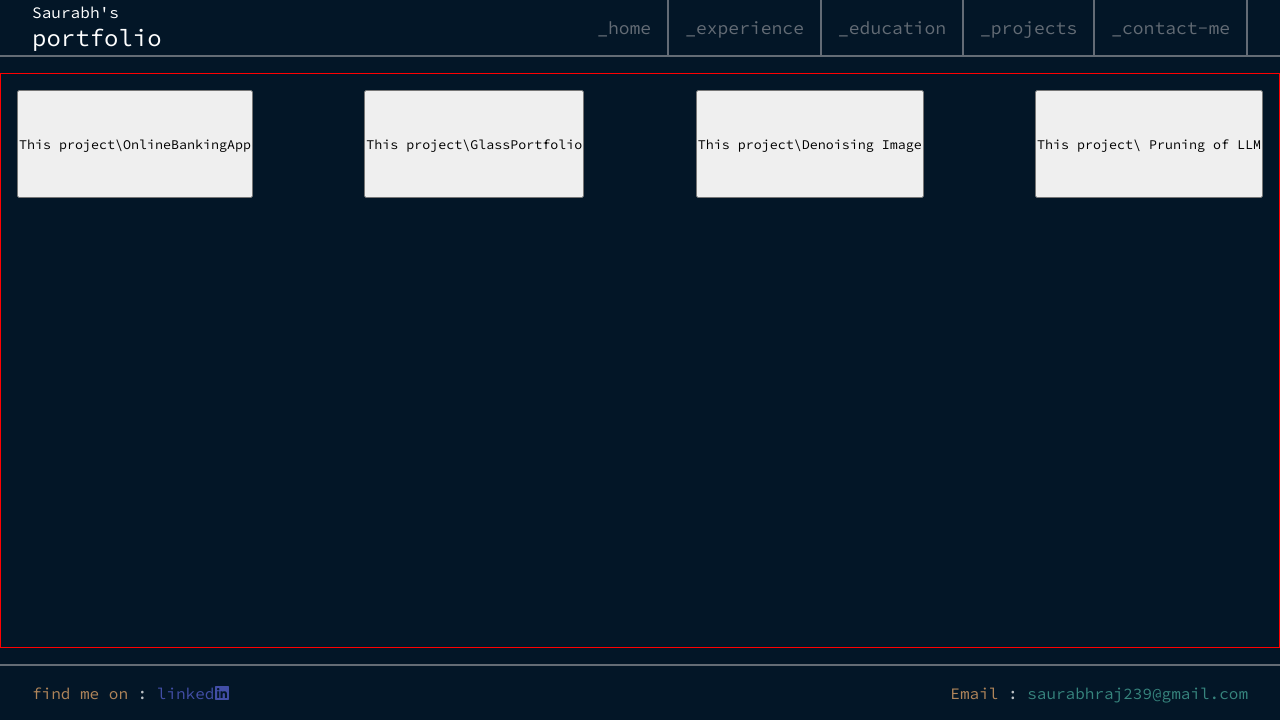
Repository: saurabhraj23/FrontendReactPortfolio
Page: /projects
An editor plug-in stored every save of this project. The page is shown before and after the next save, followed by the edit.
The browser window is 1280 px wide. The pictures show the whole page.
The project was rebuilt for these pictures with package versions that can differ from the ones it lists, and the page was loaded fresh each time. Also part of the build but not shown: vite.config.js, src/components/Education.jsx, src/components/Experience.jsx, src/components/Contacts.jsx, src/styles/default-page.css, src/components/DefaultPage.jsx.

Above is the page before, as saved 2024-07-23 01:05:45.

### src/App.jsx
import React from "react";
import { BrowserRouter as Router, Route, Routes } from "react-router-dom";
import "./styles/App.css";
import Home from "./components/Home";
import Education from "./components/Education";
import Experience from "./components/Experience";
import Contacts from "./components/Contacts";
import Projects from "./components/Projects";
import Heading from "./components/Heading";
import Footer from "./components/Footer";
import DefaultPage from "./components/DefaultPage";

function App() {
  return (
    <div className="main">
      <Router>
        <Heading />
        <Routes>
          <Route path="/" element={<Home />}>
            <Route path="/" element={<DefaultPage />} />
            <Route path="/education" element={<Education />} />
            <Route path="/experience" element={<Experience />} />
            <Route path="/contacts" element={<Contacts />} />
            <Route path="/projects" element={<Projects />} />
          </Route>
        </Routes>
        <Footer />
      </Router>
    </div>
  );
}

export default App;

### src/styles/App.css
@import "./color.css";
@import "./experience.css";
@import "./education.css";
@import "./project.css";
@import "./header.css";
@import "./contact-me.css";
@import "./footer.css";
@import "./default-page.css";


*{
  margin:0;
  padding: 0;
  box-sizing: border-box;
  font-family: "Source Code Pro";
  font-weight: 400;
}

.main{
  background-color: var(--bg-color);
  color: var(--primary-white);
  height: 100vh;
  width: 100%;
  display: grid;
  grid-template-rows: 1fr 8fr 1fr;
  grid-template-columns: 4fr 3fr;
padding: 0;
}

### src/components/Home.jsx
import React from "react";
import { Outlet } from "react-router-dom";

function Home() {
  return (
    <>
      <Outlet />
    </>
  );
}

export default Home;

### src/components/Projects.jsx
import React from "react";
import "../styles/App.css";
import { Link } from "react-router-dom";

function Projects() {
  return (
    <>
      <div className="projects-left-side"></div>
      <div className="projects-right-side">
        <Link to={"https://github.com/saurabhraj23/OnlineBankingAppKPMG"}>
          <button className="project-item">
            <span> This project\</span>
            <span>OnlineBankingApp</span>
          </button>
        </Link>
        <Link to={"https://github.com/saurabhraj23/Glass-Portfolio"}>
          <button className="project-item">
            <span> This project\</span>
            <span>GlassPortfolio</span>
          </button>
        </Link>
        <Link to={"https://github.com/saurabhraj23/Denoising-Image"}>
          <button className="project-item">
            <span> This project\</span>
            <span>Denoising Image</span>
          </button>
        </Link>
        <Link to={"https://github.com/saurabhraj23/Pruning"}>
          <button className="project-item">
            <span> This project\</span>
            <span> Pruning of LLM</span>
          </button>
        </Link>
      </div>
    </>
  );
}

export default Projects;

### src/components/Heading.jsx
import React from "react";
import Navbar from "./Navbar";
function Heading() {
  return (
    <header className={"heading"}>
      <h2>
        <h6>Saurabh's</h6>
        portfolio
      </h2>
      <Navbar />
    </header>
  );
}

export default Heading;

### src/components/Footer.jsx
import React from "react";
import { Link } from "react-router-dom";
import { FaLinkedin } from "react-icons/fa";

function Footer() {
  return (
    <footer className="footer">
      <div>
        <span>find me on</span> <span>&nbsp;:</span>
        <Link to={"https://www.linkedin.com/in/saurabhraj239/"}>
          <span>
            &nbsp;linked
            <FaLinkedin />
          </span>
        </Link>
      </div>
      <div>
        <span>Email</span> <span> :</span>
        <span> saurabhraj239@gmail.com</span>
      </div>
    </footer>
  );
}

export default Footer;

### src/styles/color.css
@import url('https://fonts.googleapis.com/css2?family=Source+Code+Pro:ital,wght@0,200..900;1,200..900&display=swap');

:root {
--bg-color:#031627;
--primary-white:#fff;
--primary-dark:#d3d0d076;
--secondary-blue:#424ea6;
--tertiary-green:#37857e;
--tertiary-green-dark:#77E4C8;
--tertiary-brown-light:#D4BDAC;
--tertiary-orange:#b0855a;

}

### src/styles/experience.css
@import "./color.css";

.experience-left-side{
  display: none;
}
.experience-right-side{
  margin: 2rem;
  grid-column: 1/3;

}
.experience-right-side > div:first-child{
  display: flex;
  justify-content: space-between;
}
.experience-right-side>div:first-child>span:nth-child(2) span{
display: inline-block;
}
.experience-right-side>div:first-child>span:nth-child(2)>span:nth-child(2){
  animation: present 2s infinite alternate ease-in-out;

}

@keyframes present {
  from{

    opacity: 0;
  }
  to{

    opacity: 1;
  }
}

.experience-right-side>div:first-child>span:first-child{
  font-size: 1.4rem;
  color: var(--secondary-blue);
  font-weight: 600;
  margin-bottom: 3rem;
  text-decoration: underline;
}

.experience-right-side span{
  display: block;
}

.internship-details{
  display: flex;
  flex-direction: column;
}
.internship-details>span:first-child{
  font-size: 1.2rem;
  color: var(--tertiary-green);
  font-weight: 600;
  letter-spacing: 0.2rem;
  margin-bottom:1rem ;


}
.internship-details>span:nth-child(2){
  /* letter-spacing: 0.1rem; */
  color: var(--tertiary-brown-light);

}

.internship-details>span:nth-child(2)>span:first-child{
  font-size: 1.1rem;
  font-weight: 500;
  color: var(--tertiary-orange);

}


.internship-details>span:first-child span{
  display: inline-block;

}

.internship-details>span:nth-child(2)>span:first-child{
  letter-spacing: 0.2rem;
}

.internship-details>span:first-child>span:first-child{
  animation: arrowMove 1.6s infinite alternate ease-in-out;
  }

.fte-details{
  display: flex;
  flex-direction: column;
  margin-top: 2rem;

}
.fte-details>span:first-child{
  font-size: 1.2rem;
  color: var(--tertiary-green);
  font-weight: 600;
  letter-spacing: 0.2rem;
  margin-bottom: 1rem;

}

.fte-details>span:nth-child(2){
  color: var(--tertiary-brown-light);
}

.fte-details>span:nth-child(2)>span:nth-child(1)>span:first-child{
  color: var(--tertiary-orange);
  font-size: 1.1rem;
  font-weight: 500;
  }

.fte-details>span:nth-child(2)>span:nth-child(2)>span:first-child{
  letter-spacing: 0.2rem;
}
.fte-details>span:nth-child(2)>span:nth-child(1)>span:first-child{
  letter-spacing: 0.2rem;
}

.fte-details>span:nth-child(2)>span:nth-child(2){
  margin-top: 1rem;
}
.fte-details>span:nth-child(2)>span:nth-child(2)>span:first-child{
font-size: 1.1rem;
font-weight: 500;
color: var(--tertiary-orange);
}

.fte-details>span:first-child span{
  display: inline-block;
}

.fte-details>span:first-child>span:first-child{
animation: arrowMove 1.6s infinite alternate ease-in-out;
}

@keyframes arrowMove {
  from{
    transform: translateX(-0.6rem);
  }
  to{
    transform: translateX(0);
  }
}

.current-working  span{
  display: inline-block;
  animation: colorChange 2s infinite alternate ease-in-out ;

}

@keyframes colorChange {
  from{
color: var(--tertiary-brown-light);
  }

  to{
    color: var(--primary-white);

  }
}
.current-working{
  display: flex;
  flex-direction: row;
}

### src/styles/education.css
 @import "./color.css";

.education-left-side{
  display: none;
}
.education-right-side{
  margin: 2rem ;
  grid-column: 1/3;

}

.education-right-side{
  display: flex;
  flex-direction: column;
}

.degrees{
  display: flex;
  justify-content: space-between;
  margin-bottom: 2rem;
}

.degrees>span:first-child>h2{
  color: var(--tertiary-orange);
}
.degrees>span:first-child>h4{
  color: var(--tertiary-green);
}
.degrees>span:first-child>h5{
  color: var(--tertiary-brown-light);
  font-weight: 600;
}

.degrees>span:first-child>h3{
  display: flex;
  flex-direction: row;
}

.degrees>span:first-child>h3>span:nth-child(2){
  color: var(--tertiary-green-dark);
  animation: passed 2s infinite alternate ease-in-out;
}

@keyframes passed {
  from{
opacity: 0;
  }
  to{
opacity: 1;
  }
}
.degrees span:first-child {
  display: flex;
  flex-direction: column;
  gap: 0.6rem;
}
.degree-year{
  color: var(--tertiary-orange);
}

### src/styles/project.css
.projects-left-side{
  border: 1px solid red;
  display: none;
}
.projects-right-side{
  border: 1px solid red;
  grid-column: 1/3;
  display: flex;
  justify-content: space-between;
  padding: 1rem;
}

.project-item{
  /* width: 20%; */
  height: 20%;
}

### src/styles/header.css
.heading{
  grid-column: 1/3;
  display: flex;
  justify-content: space-between;
  align-items: center;
  border-bottom: 0.16rem solid var(--primary-dark);
  padding:0 2rem;
  margin-bottom: 1rem;
  }

  nav button{
    padding: 1rem;
    background-color: transparent;
    cursor: pointer;
    font-size: large;
    color: var(--primary-dark);
    border: none;
    border-right: 0.16rem solid var(--primary-dark);
  }

  nav button:hover{
    color: var(--primary-white);
    box-shadow: inset 0 -0.16rem 0 0 var(--tertiary-green);

  }

  .active{
    /* box-shadow: inset 0 -0.16rem 0 0 var(--tertiary-green); */
    color: var(--tertiary-green);
  }

### src/styles/contact-me.css
@import "../styles/color.css";

.contact-me-left-side{
  display: none;
}

.contact-me-right-side{
  grid-column: 1/3;
  display: grid;
  grid-template-columns: 2fr 1.1fr;
padding:  0 2rem;
}

.contact-me-left{
  /* border: 1px solid green; */
  padding: 1rem 2rem;
display: flex;
flex-direction: column;
gap: 0.7rem;

}

.contact-me-right{
  background-color: var(--primary-white);
  border-radius: 3%;
  padding: 1rem 2rem;
  color: var(--tertiary-green);
}

.image{
display: flex;
flex-direction: column;
align-items: center;
justify-content: center;
position: relative;
}

.image>img{
  width: 40%;
  object-fit: contain;
  border-radius: 50%;
  position: relative;
  z-index: 10;
}

.contact-me-left>span:first-child {
  font-size: 2.2rem;
  letter-spacing: 0.4rem;
  font-weight: 500;
}
.contact-me-left>span:first-child span{
  font-size: 2rem;
  letter-spacing: 0.4rem;
  color: var(--tertiary-green-dark);
  font-weight: 500;

}

.contact-me-left span{
  font-size: 1rem;
}
.contact-me-left a{
  text-decoration: none;
}
.contact-me-left a:visited{
color: var(--primary-white);
}

.circle{
  /* border: 1px solid red; */
  width: 44%;
  padding-top: 44%;
  border-radius: 50%;
  position: absolute;
  background-color: var(--tertiary-green);
  /* transform: translateX(-4rem); */
  z-index: 8;
  animation: round 4s infinite alternate ease-in-out;
}

@keyframes round {
  from{
background-color: val(--bg-color);
transform: scale(0);
  }
  50%{
    background-color: val(--secondary-blue);
    transform: scale(0.9);
  }
  to{
    background-color: val(--tertiary-green);
    transform: scale(1);
  }
}

.contact-details>span:first-child{
color: var(--tertiary-green-dark);
}

form{
display: flex;
flex-direction: column;
font-size: larger;
letter-spacing: 0.1rem;


}
.contact-me-form-heading{
text-align: center;
font-size: 2rem;
  width: 100%;

padding: 0.6rem;
border-radius: 0.4rem;
letter-spacing: 0.2rem;
box-shadow: 0 0.12rem 0 0.2rem var(--tertiary-green);

}


.contact-me-form-heading>span{

}

.fields{
  display: flex;
  flex-direction: column;
  margin-top: 1.8rem;

}

.fields>input{
  height: 2rem;
  border: none;
  outline: none;
  border-bottom: 0.16rem solid var(--primary-dark);
  font-size: 1rem;
  box-sizing:border-box;
  padding: 0.6rem;
  letter-spacing: 0.1rem;


}

.fields>input:focus{
border-bottom: 0.2rem solid var(--tertiary-green);

}

form div:nth-of-type(5)>textarea{
/* height: 8rem; */
outline: 0.12rem solid var(--primary-dark);
border-radius: 0.4rem;
padding-left: 1rem;
margin-top: 1rem;
padding: 0;
border: none;
border-bottom: 0.16rem solid var(--primary-dark);
font-size: 1rem;
resize: none;
box-sizing: border-box;
padding:0.6rem ;
}

.fields>textarea:focus{
  /* border-bottom: 0.2rem solid var(--tertiary-green); */
  box-shadow: 0 0.2rem 0 0 var(--tertiary-green)

  }

form> button{
font-size: large;
padding: 0.6rem 0.6rem;
border-radius: 2rem;
border: none;
cursor: pointer;
color: var(--primary-white);
background-color: var(--tertiary-green);
margin-top: 1rem;
}

.radio{
  display: flex;
  flex-direction: row;
  justify-content: space-evenly;
padding-top: 2rem;
}

.radio>span>label{
margin-left: 1rem;
/* font-size: larger; */
}

.radio>span>input{
  scale: 1.2;
  }

### src/styles/footer.css
.footer{
  grid-column: 1/3;
  display: flex;
  flex-direction: row;
  justify-content: space-between;
  align-items: center;
  padding: 0 2rem;
  border-top: 0.16rem solid var(--primary-dark);
margin-top: 1rem;
}

.footer > div:first-child{
  display: flex;
  align-items: center;
  justify-content: center;
}

.footer > div:first-child > span:first-child{
  color: var(--tertiary-orange);
}
.footer > div:first-child > a>span{
  color: var(--secondary-blue);
  display: flex;
  align-items: center;
  justify-content: center;
}

.footer > div:nth-of-type(2) > span:nth-of-type(1){
  color: var(--tertiary-orange);
}
.footer > div:nth-of-type(2) > span:nth-of-type(3){
  color: var(--tertiary-green);
}

.footer>div:first-child >a{
text-decoration: none;
color: var(--secondary-blue);
}

.footer>div:first-child span:nth-child(2){
  animation: blink 2s infinite alternate linear;
}
.footer>div:last-child span:nth-child(2){
  animation: blink 2s infinite alternate linear;
  color: white;
}

@keyframes blink {
  from{
    opacity: 0;
  }
  to{
    opacity: 1;
  }
}

### src/components/Navbar.jsx
import React, { useRef, useState } from "react";
import { Link } from "react-router-dom";

function Navbar() {
  const navBar = [
    { path: "/", label: "_home" },
    { path: "/experience", label: "_experience" },
    { path: "/education", label: "_education" },
    { path: "/projects", label: "_projects" },
    { path: "/contacts", label: "_contact-me" },
  ];

  const [activeIndex, setActiveIndex] = useState(false);

  return (
    <nav>
      {navBar.map((element, idx) => (
        <Link key={idx} to={element.path}>
          <button
            className={activeIndex === idx ? "active" : ""}
            onClick={() => {
              setActiveIndex(idx);
            }}
          >
            {element.label}
          </button>
        </Link>
      ))}
    </nav>
  );
}

export default Navbar;

Loaded but not shown: index.html (common file); src/main.jsx (common file); src/index.css (no stored copy; drawn as an empty file)

After the next save:
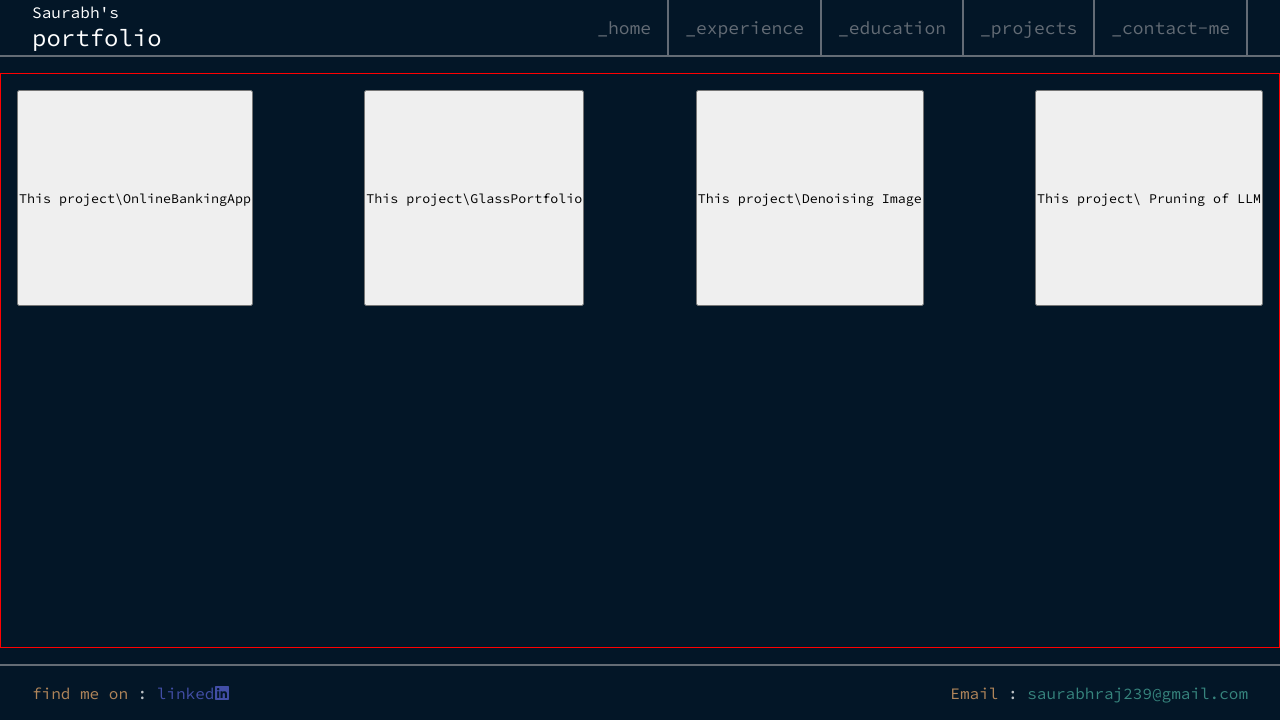
Saved 26 s later.
--- a/src/styles/project.css
+++ b/src/styles/project.css
@@ -11,6 +11,5 @@
 }
 
 .project-item{
-  /* width: 20%; */
-  height: 20%;
+  height: 40%;
 }
